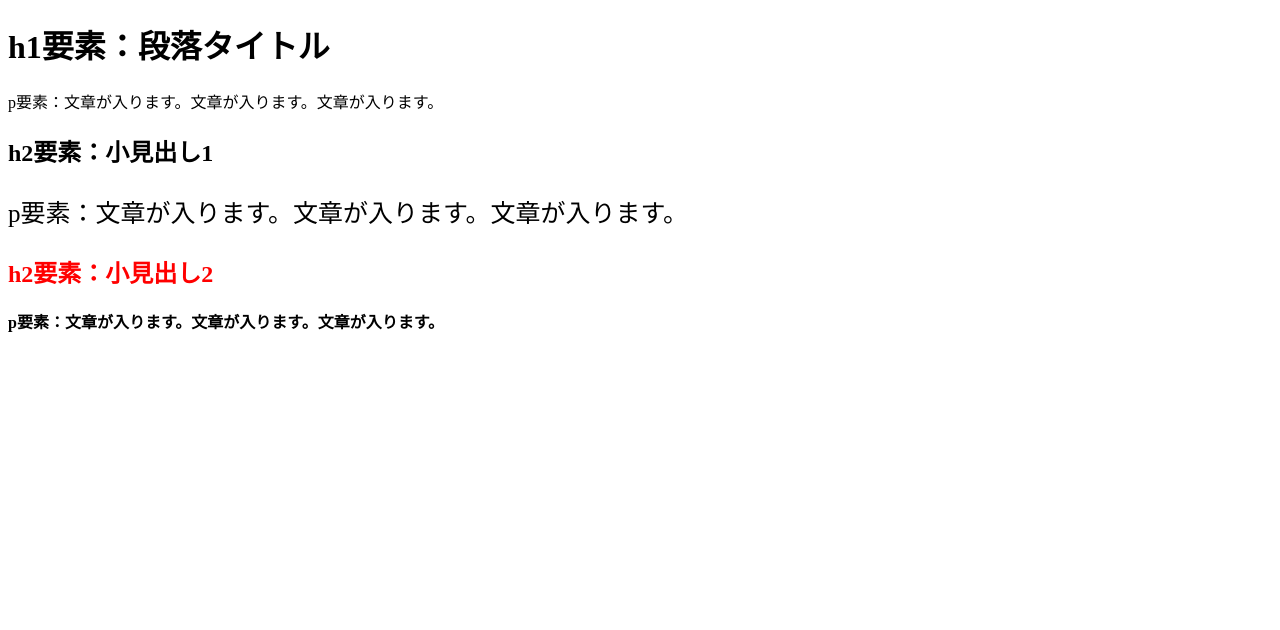
Repository: Miya0223/samurai_HTML-CSS
Page: index.html
The author's editor kept a record of every edit. The page is drawn from the files as they stood at one moment, then again after the next edit.
The browser window is 1280 px wide. The pictures show the whole page.

Above is the page before.

### index.html
<!DOCTYPE html>
<html lang="ja">
  <head>
    <meta charset="UTF-8">
    <title>HTML/CSSの学習</title>
    <style>
       #red {
         color: red;
       }
    </style>
  </head>
  <body>
    <h1>h1要素：段落タイトル</h1>
    <p>p要素：文章が入ります。文章が入ります。文章が入ります。</p>
    <h2>h2要素：小見出し1</h2>
    <p style="font-size: 25px;">
      p要素：文章が入ります。文章が入ります。文章が入ります。
    </p>
     <h2 id="red">h2要素：小見出し2</h2>
    <p style="font-weight: bold;">
      p要素：文章が入ります。文章が入ります。文章が入ります。
    </p>
  </body>
 </html>

After the next edit:
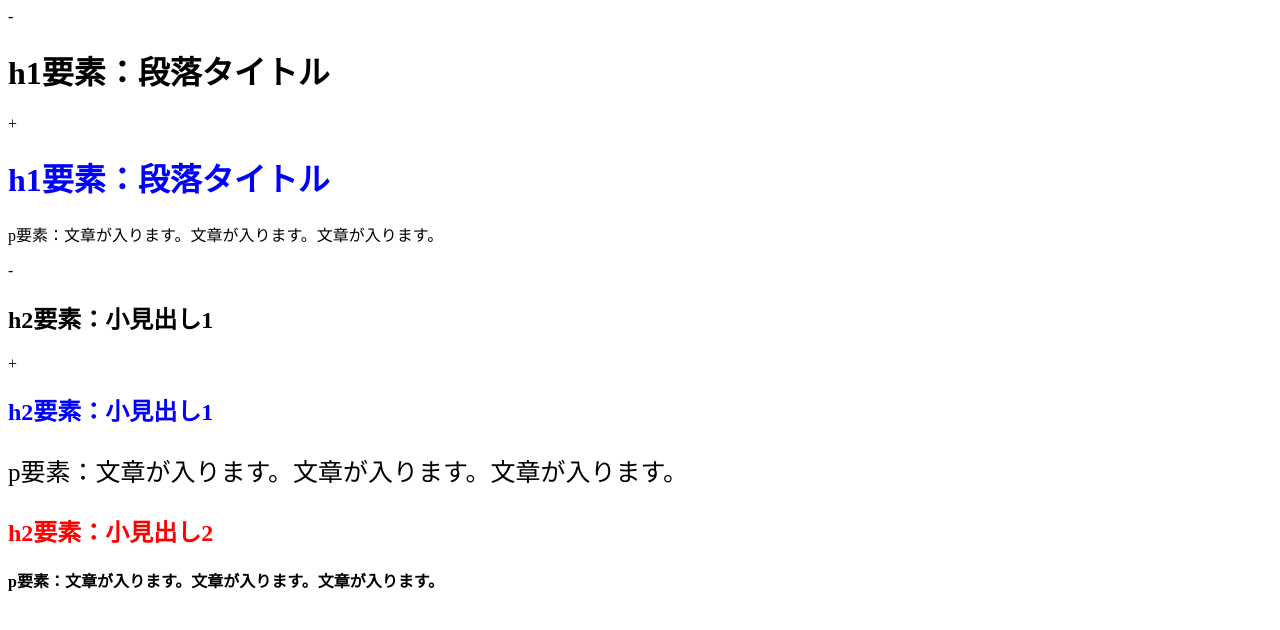
The edit:
--- a/index.html
+++ b/index.html
@@ -4,21 +4,26 @@
     <meta charset="UTF-8">
     <title>HTML/CSSの学習</title>
     <style>
-       #red {
-         color: red;
+      #red {
+        color: red;
+      }
+       .blue {
+         color: blue;
        }
     </style>
   </head>
   <body>
-    <h1>h1要素：段落タイトル</h1>
+-    <h1>h1要素：段落タイトル</h1>
++    <h1 class="blue">h1要素：段落タイトル</h1>
     <p>p要素：文章が入ります。文章が入ります。文章が入ります。</p>
-    <h2>h2要素：小見出し1</h2>
+-    <h2>h2要素：小見出し1</h2>
++    <h2 class="blue">h2要素：小見出し1</h2>
     <p style="font-size: 25px;">
       p要素：文章が入ります。文章が入ります。文章が入ります。
     </p>
-     <h2 id="red">h2要素：小見出し2</h2>
+    <h2 id="red">h2要素：小見出し2</h2>
     <p style="font-weight: bold;">
       p要素：文章が入ります。文章が入ります。文章が入ります。
     </p>
   </body>
- </html>
+</html>
